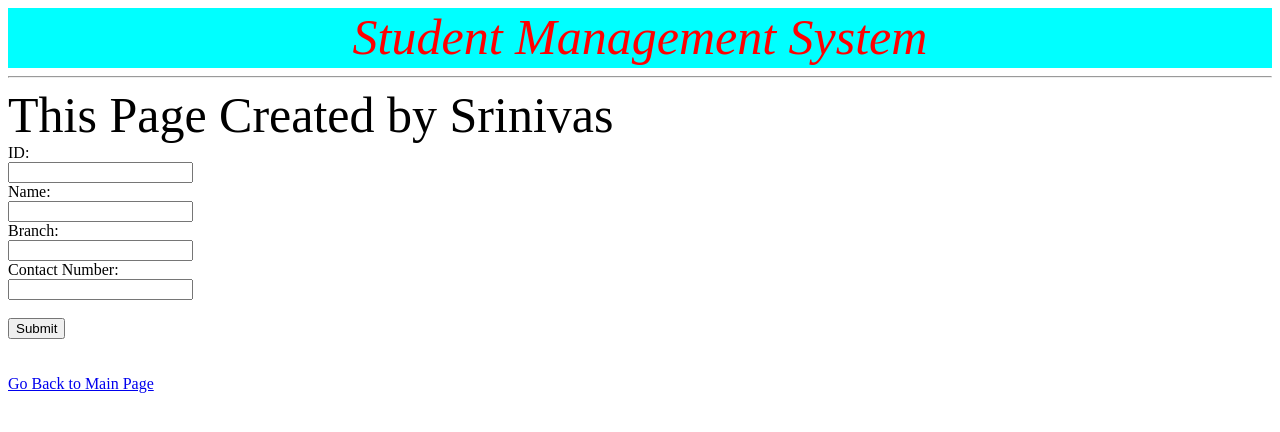
Repository: Aviligonda/Servlet_Programs
Page: http://localhost/StudentManagementSystem/register.jsp
These files come from the project's save history. The page is drawn as it stood at one moment and after the next save; the edit follows.
The browser window is 1280 px wide. The pictures show the whole page.
The page is served by Tomcat 9.

Above is the page before, as saved 2024-11-25 13:28:15.

After the next save:
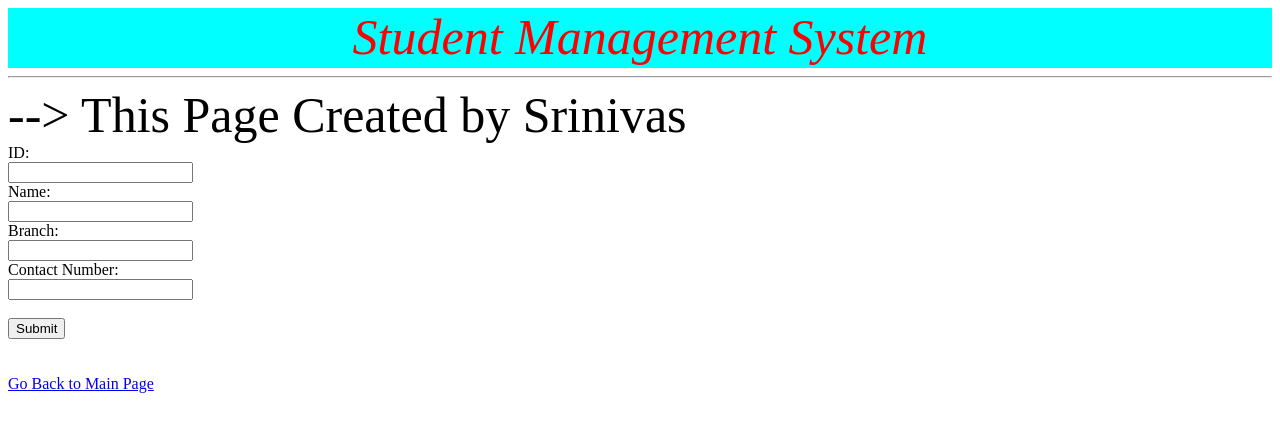
Saved 14 s later.
--- a/StudentManagementSystem/src/main/webapp/footer.jsp
+++ b/StudentManagementSystem/src/main/webapp/footer.jsp
@@ -8,7 +8,7 @@
 </head>
 <body>
 <div style="font-size:50px;">
-<!-- <footer style="color:blue; text-align:center;display : block; position: absolute;bottom: 0;right:0;font-size=50px;">This Page Created by Srinivas</footer> -->
+<!-- <!-- <footer style="color:blue; text-align:center;display : block; position: absolute;bottom: 0;right:0;font-size=50px;">This Page Created by Srinivas</footer> --> -->
 This Page Created by Srinivas
 </div>
 </body>
